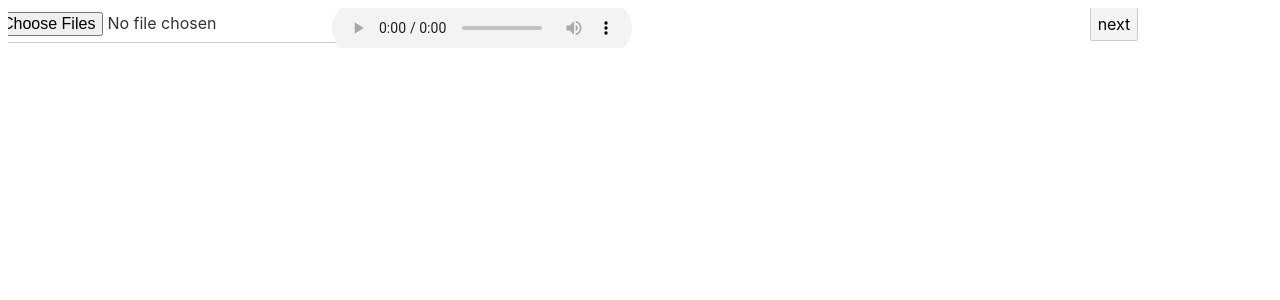
Repository: cgaof/local-music
Page: /
The author's editor kept a copy of each file at every save. The page is drawn from the files as they stood at one save, then again after the next save.
The browser window is 1280 px wide. The pictures show the whole page.
The project was rebuilt for these pictures with package versions that can differ from the ones it lists, and the page was loaded fresh each time. Also part of the build but not shown: webpack.config.js.

Above is the page before, as saved 2020-07-23 09:53:33.
Console error: ReferenceError: handleChangeMusic is not defined

### src/App.svelte
<div class="body">
	<input type="file" id="file" multiple>
	<audio id="audio_id" poster="http://img.lanrentuku.com/img/allimg/1810/15409966139768.jpg" controls autoplay>Your browser can't support HTML5 Audio</audio>
	<h2 id="name"></h2>
	<button id="next" on:click={handleChangeMusic}>next</button>
</div>
<script>
	 window.onload = function() {
      const file = document.getElementById('file');
      const audioDom = document.getElementById('audio_id');
      const name = document.getElementById('name');
      const audioList = [];
      let audioIdx = 0;
      file.addEventListener('change', function() {
        const files = file.files;
        const len = files.length;
        let i = 0;
        while (i < len) {
          const obj = {
            title: files[i].name.replace(/\..*$/, ''),
            url: URL.createObjectURL(files[i])
          };
          audioList.push(obj);
          i++;
        };
        nextAudio();
        mediasession();
      });
			function handleChangeMusic() {
				nextAudio();
			}
      audioDom.addEventListener('ended', function() {
        nextAudio();
      });
      /**
       * pre 有值代表播放上一首
      */
      function nextAudio(pre) {
        if (audioIdx >= audioList.length) {
          audioIdx = 0;
        }
        if (audioIdx <= 0) {
          audioIdx = audioList.length - 1;
        }
        const { url, title } = audioList[audioIdx];
        audioDom.src = url;
        name.innerText = title;
        if ('mediaSession' in navigator) {
          navigator.mediaSession.metadata = new MediaMetadata({
            title: title,
            artist: '未知',
            artwork: [
              {src: 'http://img.lanrentuku.com/img/allimg/1810/15409966139768.jpg', sizes: '192x192'}
            ]
          });
        }
        if (pre) {
          audioIdx += -1;
        } else {
          audioIdx++;
        }
      };
      function mediasession() {
        if ('mediaSession' in navigator) {
          const ms = navigator.mediaSession;
          ms.setActionHandler('play', function() {
            audioDom.play();
          });
          ms.setActionHandler('nexttrack', function() {
            nextAudio();
          });
          ms.setActionHandler('previoustrack', function() {
            nextAudio('pre');
          });
          ms.setActionHandler('pause', function() {
            audioDom.pause();
          });
        }
      }

    };

</script>

<style>
	.body {
    display: grid;
    grid-template-columns: repeat(4, 25%);
    grid-template-rows: repeat(1, 40px);
    justify-items: center;
    align-items: center;
    overflow: hidden;
    word-wrap: break-word;
  }
  h2 {
    width: 100%;
    white-space: nowrap;
    overflow: hidden;
    text-overflow: ellipsis;
  }
</style>

### public/global.css
html, body {
	position: relative;
	width: 100%;
	height: 100%;
}

body {
	color: #333;
	margin: 0;
	padding: 8px;
	box-sizing: border-box;
	font-family: -apple-system, BlinkMacSystemFont, "Segoe UI", Roboto, Oxygen-Sans, Ubuntu, Cantarell, "Helvetica Neue", sans-serif;
}

a {
	color: rgb(0,100,200);
	text-decoration: none;
}

a:hover {
	text-decoration: underline;
}

a:visited {
	color: rgb(0,80,160);
}

label {
	display: block;
}

input, button, select, textarea {
	font-family: inherit;
	font-size: inherit;
	padding: 0.4em;
	margin: 0 0 0.5em 0;
	box-sizing: border-box;
	border: 1px solid #ccc;
	border-radius: 2px;
}

input:disabled {
	color: #ccc;
}

input[type="range"] {
	height: 0;
}

button {
	background-color: #f4f4f4;
	outline: none;
}

button:active {
	background-color: #ddd;
}

button:focus {
	border-color: #666;
}

Loaded but not shown: public/index.html (common file); src/main.js (common file)

After the next save:
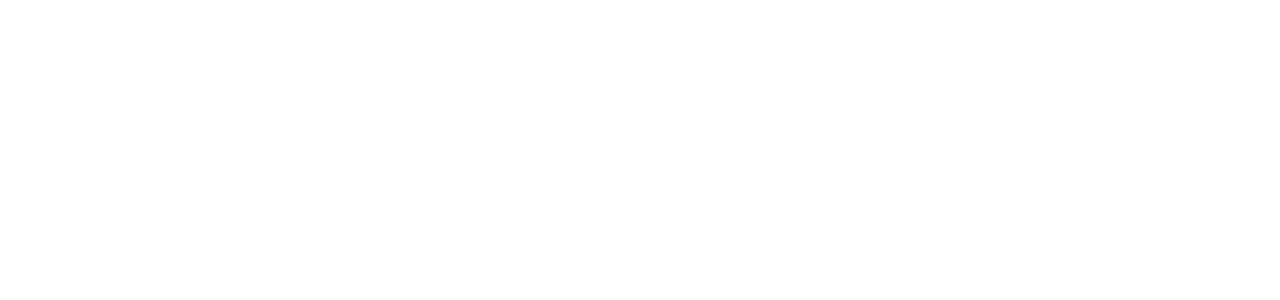
Console error: TypeError: Cannot read properties of null (reading 'addEventListener')
Saved 21 s later.
--- a/src/App.svelte
+++ b/src/App.svelte
@@ -5,7 +5,6 @@
 	<button id="next" on:click={handleChangeMusic}>next</button>
 </div>
 <script>
-	 window.onload = function() {
       const file = document.getElementById('file');
       const audioDom = document.getElementById('audio_id');
       const name = document.getElementById('name');
@@ -77,9 +76,6 @@
           });
         }
       }
-
-    };
-
 </script>
 
 <style>

After the save that followed:
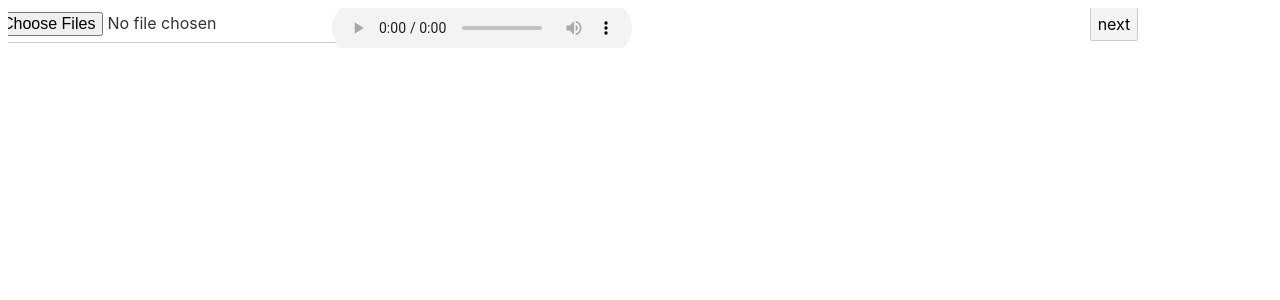
The error is gone.
Saved 2 min 51 s later.
--- a/src/App.svelte
+++ b/src/App.svelte
@@ -1,17 +1,16 @@
 <div class="body">
-	<input type="file" id="file" multiple>
-	<audio id="audio_id" poster="http://img.lanrentuku.com/img/allimg/1810/15409966139768.jpg" controls autoplay>Your browser can't support HTML5 Audio</audio>
+	<input type="file" id="file" multiple on:change={handleChangeFile}>
+	<audio id="audio_id" poster="http://img.lanrentuku.com/img/allimg/1810/15409966139768.jpg" controls autoplay on:ended={handleMusicEnded}>Your browser can't support HTML5 Audio</audio>
 	<h2 id="name"></h2>
 	<button id="next" on:click={handleChangeMusic}>next</button>
 </div>
 <script>
-      const file = document.getElementById('file');
       const audioDom = document.getElementById('audio_id');
       const name = document.getElementById('name');
       const audioList = [];
-      let audioIdx = 0;
-      file.addEventListener('change', function() {
-        const files = file.files;
+			let audioIdx = 0;
+			function handleChangeFile () {
+				const files = file.files;
         const len = files.length;
         let i = 0;
         while (i < len) {
@@ -24,13 +23,13 @@
         };
         nextAudio();
         mediasession();
-      });
+			}
 			function handleChangeMusic() {
 				nextAudio();
 			}
-      audioDom.addEventListener('ended', function() {
-        nextAudio();
-      });
+			function handleMusicEnded() {
+				nextAudio();
+			}
       /**
        * pre 有值代表播放上一首
       */
